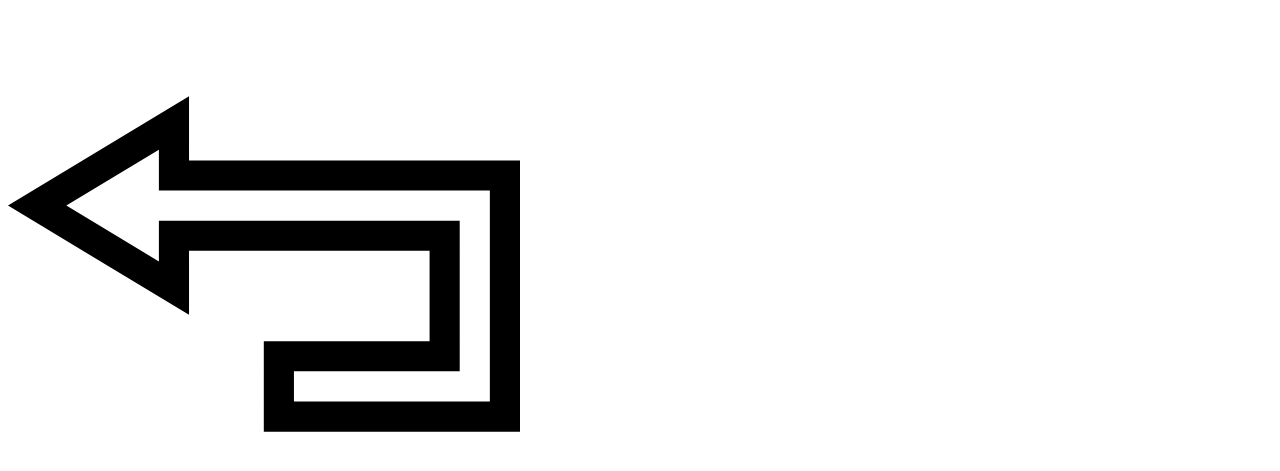
Repository: zoelake/DCDmidterm
Page: stories/quiz-button/test.html
An editor plug-in stored every save of this project. The page is shown before and after the next save, followed by the edit.
The browser window is 1280 px wide. The pictures show the whole page.

Above is the page before, as saved 2021-02-27 21:51:05.

After the next save:
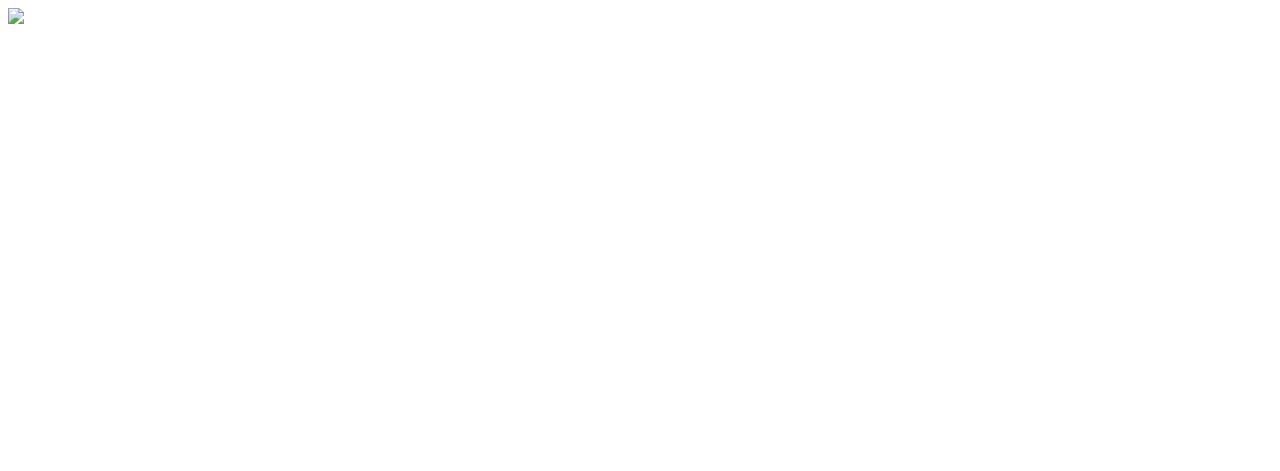
Saved 46 s later.
--- a/stories/quiz-button/icon-backbutton.svg
+++ b/stories/quiz-button/icon-backbutton.svg
@@ -1 +1 @@
-<svg id="Layer_1" enable-background="new 0 0 509.609 509.609" height="512" viewBox="0 0 509.609 509.609" width="512" xmlns="http://www.w3.org/2000/svg"><path d="m180.184 151.669v-63.729l-180.184 108.729 180.184 108.73v-63.73h239.425v90h-165v90h255v-270zm299.425 240h-195v-30h165v-150h-299.425v40.587l-92.118-55.587 92.118-55.587v40.587h329.425z"/></svg>
+<svg style="color: white;"id="Layer_1" enable-background="new 0 0 509.609 509.609" height="512" viewBox="0 0 509.609 509.609" width="512" xmlns="http://www.w3.org/2000/svg"><path d="m180.184 151.669v-63.729l-180.184 108.729 180.184 108.73v-63.73h239.425v90h-165v90h255v-270zm299.425 240h-195v-30h165v-150h-299.425v40.587l-92.118-55.587 92.118-55.587v40.587h329.425z"/></svg>

After the save that followed:
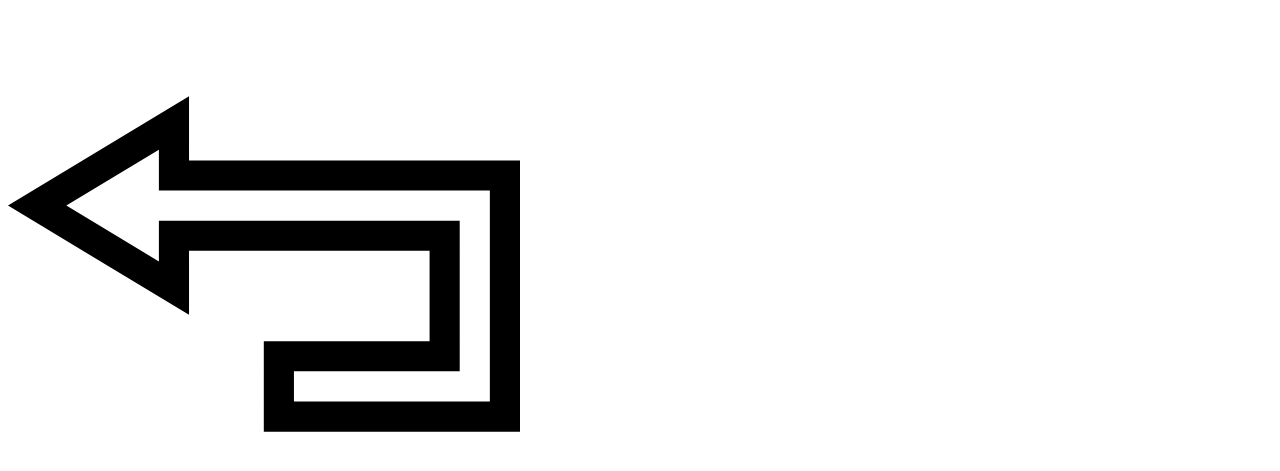
Saved 5 s later.
--- a/stories/quiz-button/icon-backbutton.svg
+++ b/stories/quiz-button/icon-backbutton.svg
@@ -1 +1 @@
-<svg style="color: white;"id="Layer_1" enable-background="new 0 0 509.609 509.609" height="512" viewBox="0 0 509.609 509.609" width="512" xmlns="http://www.w3.org/2000/svg"><path d="m180.184 151.669v-63.729l-180.184 108.729 180.184 108.73v-63.73h239.425v90h-165v90h255v-270zm299.425 240h-195v-30h165v-150h-299.425v40.587l-92.118-55.587 92.118-55.587v40.587h329.425z"/></svg>
+<svg id="Layer_1" enable-background="new 0 0 509.609 509.609" height="512" viewBox="0 0 509.609 509.609" width="512" xmlns="http://www.w3.org/2000/svg"><path d="m180.184 151.669v-63.729l-180.184 108.729 180.184 108.73v-63.73h239.425v90h-165v90h255v-270zm299.425 240h-195v-30h165v-150h-299.425v40.587l-92.118-55.587 92.118-55.587v40.587h329.425z"/></svg>
